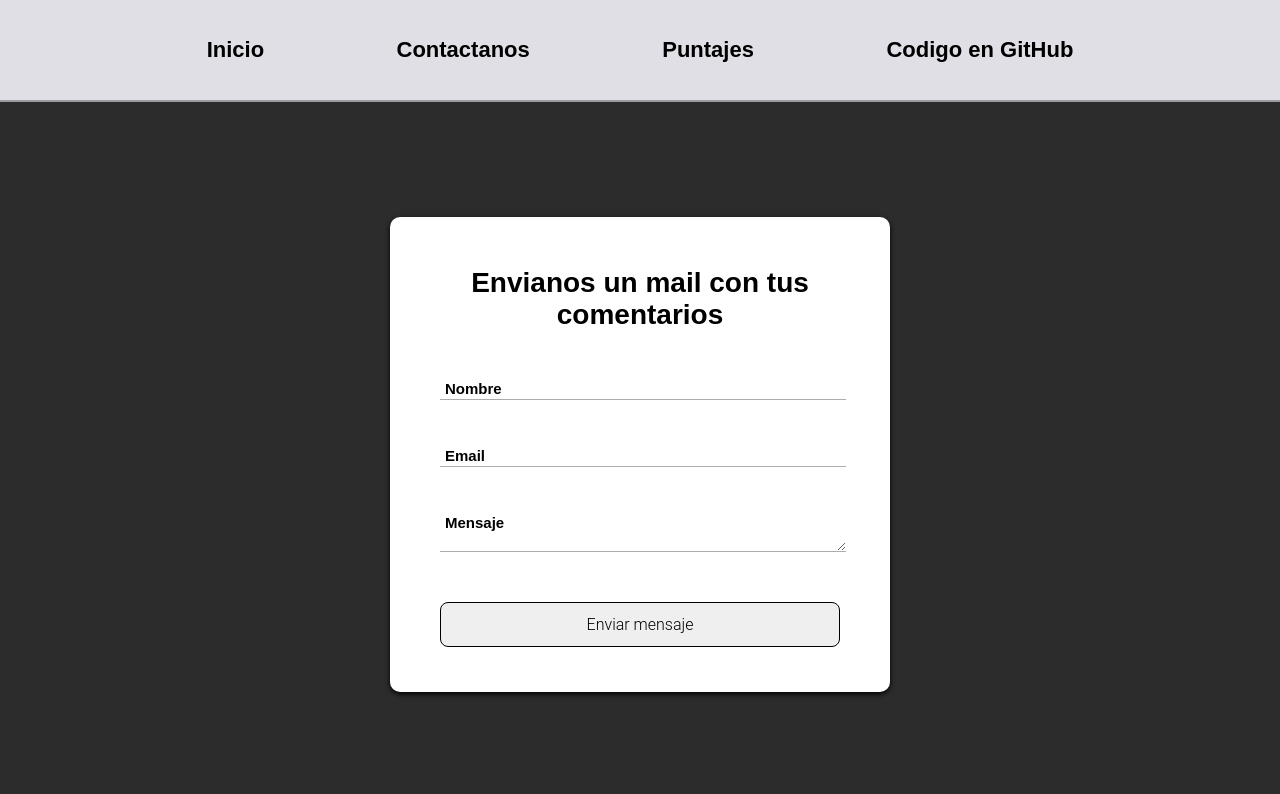
Repository: FacundoKinderknecht/FacundoKinderknecht_Wordle_Game_LPPA
Page: html/email.html
These files come from the project's save history. The page is drawn as it stood at one moment and after the next save; the edit follows.
The browser window is 1280 px wide. The pictures show the whole page.

Above is the page before, as saved 2023-08-08 10:54:34.

After the next save:
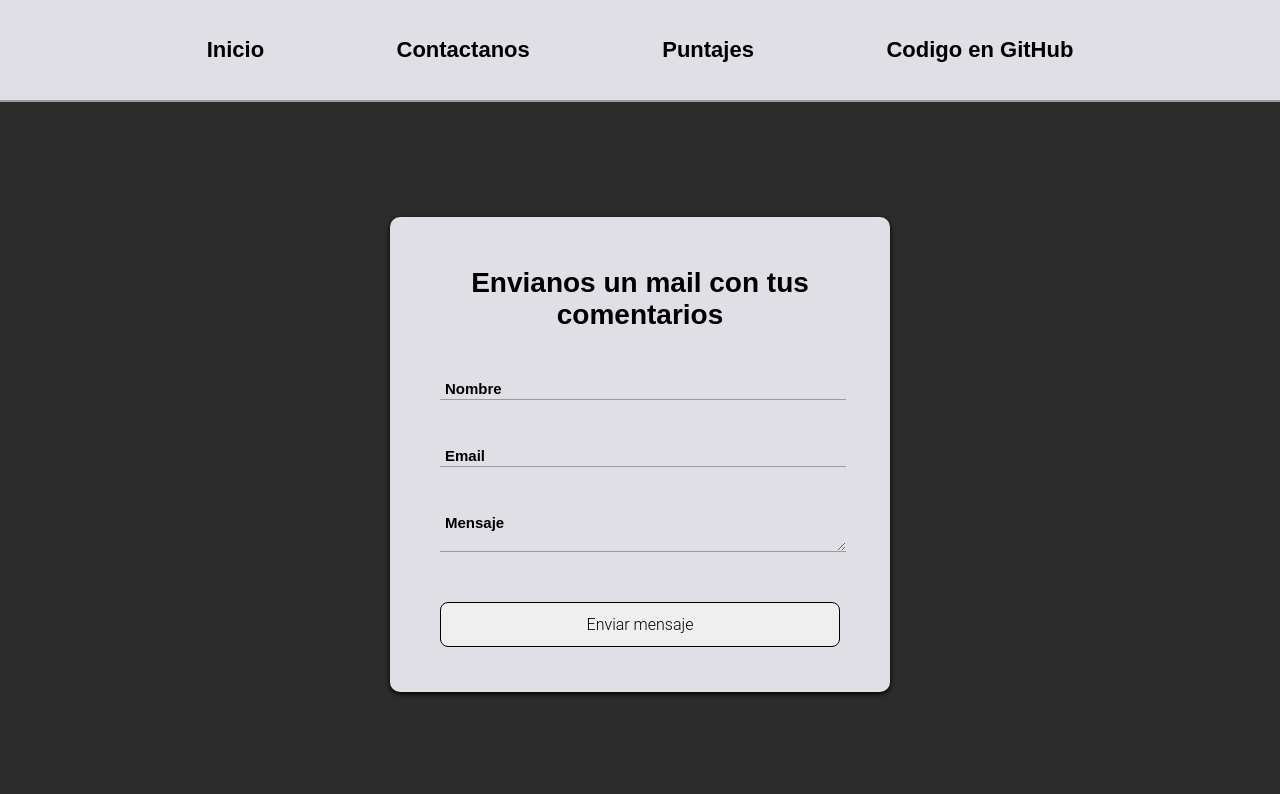
Saved 95 s later.
--- a/css/email.css
+++ b/css/email.css
@@ -1,5 +1,5 @@
 form{
-    background-color: white;
+    background-color: rgba(248, 248, 255, 0.874);
     margin: 100px auto;
     width: 90%;
     max-width: 400px;
